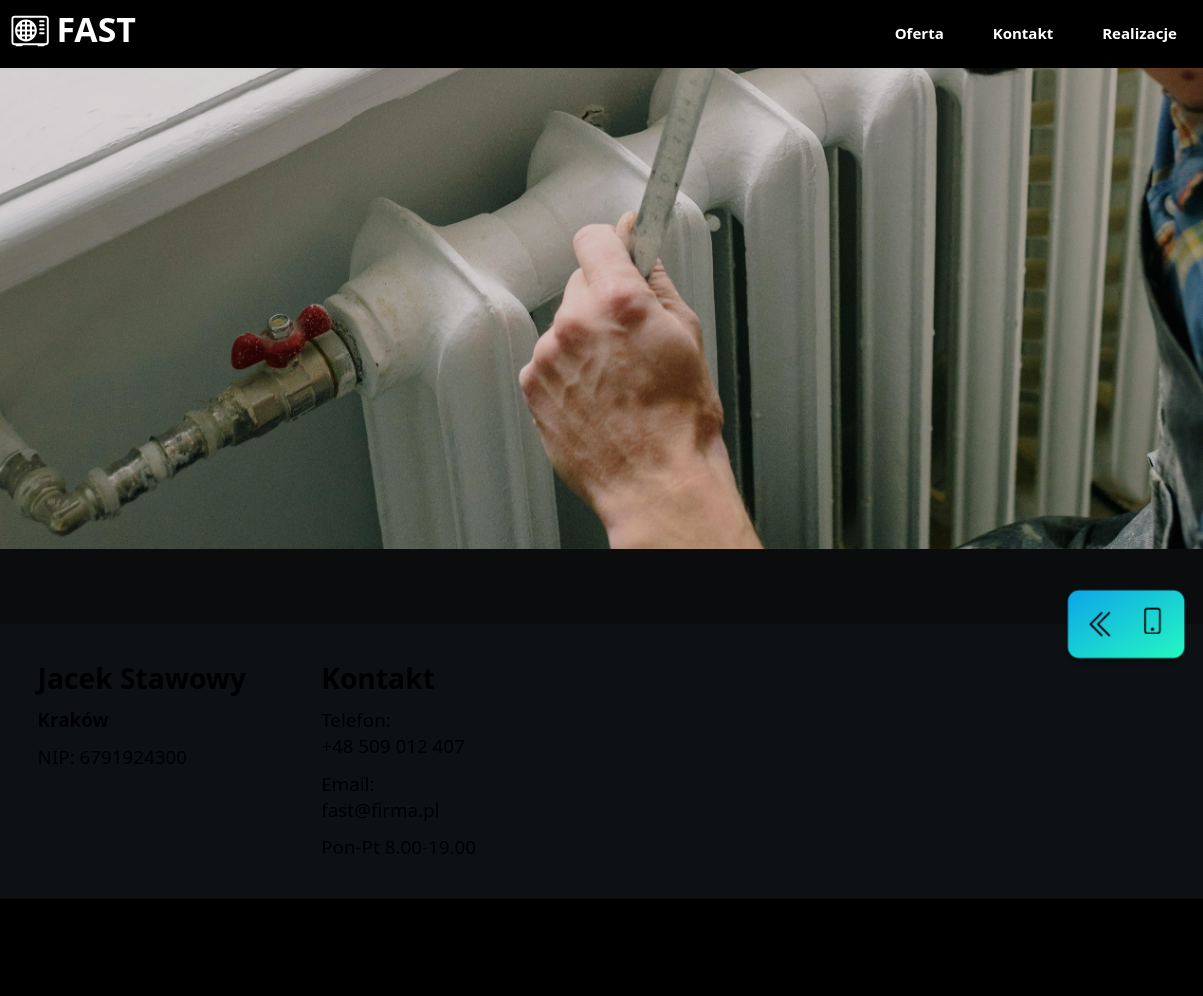
Repository: piotrokrutniak/Fast-CompanyWebsite
Page: /carousel
An editor plug-in stored every save of this project. The page is shown before and after the next save, followed by the edit.
The browser window is 1280 px wide. The pictures show the whole page, at 94% of full size.
The project was rebuilt for these pictures with package versions that can differ from the ones it lists, and the page was loaded fresh each time. The framework's server and built-in components were replaced by stand-ins that run in the browser. Also part of the build but not shown: next.config.js.

Above is the page before, as saved 2023-10-21 10:38:52.

### src/app/layout.js
import FootBar from './components/footbar/footbar'
import Navbar from './components/navbar/navbar'
import QuickContact from './components/quickContact'
import './globals.css'
import { Inter } from 'next/font/google'

const inter = Inter({ subsets: ['latin'] })

export const metadata = {
  title: 'Fast - Klimatyzacje Kraków',
  description: 'F.U.H. Fast Jacek Stawowy - Klimatyzacje',
}

export default function RootLayout({ children }) {
  return (
    <html lang="en" className=''>
      <body className='bg-black min-w-mobile overflow-x-hidden'>
        <div className='bg-slate-500/10 min-h-screen relative'>
          <Navbar/>
          {children}
          <QuickContact/>
          <FootBar/>
        </div>
      </body>
    </html>
  )
}

### src/app/(pages)/carousel/page.js
import Image from "next/image"
import p1 from "../../../../public/img/air-conditioning-2.jpg"
import p2 from "../../../../public/img/heat-pump-2.jpg"
import p3 from "../../../../public/img/heating-2.jpg"
// import ac1 from "./media/img/air-conditioning-2.jpg"
// import ac2 from "./media/img/heat-pump-2.jpg"
// import ac3 from "./media/img/heating-2.jpg"

export default function CarouselPage(){
    return(
        <div className="w-full max-w-7xl relative mx-auto overflow-x-auto">

        <div className="relative w-fit h-128 flex overflow-visible -translate-x-[0%]">
            <div className="w-screen h-full absolute">
                <Image src={p1} layout='fill' objectFit='cover' className="h-full"/>
            </div>
            <div className="w-max h-full absolute">
                <Image src={p2} layout='fill' objectFit='cover'/>
            </div>
            <div className="w-screen h-full absolute">
                <Image src={p3} layout='fill' objectFit='cover'/>
            </div>
        </div>
        </div>
    )
}

### src/app/components/footbar/footbar.js
import Link from "next/link";

export default function FootBar(){
    return(
        <footer className="bg-slate-500/5 mt-20">
            <div className="max-w-7xl w-full p-10 flex gap-8 sm:gap-20 m-auto">
                <div className="flex flex-col gap-3">
                    <h1 className="font-bold text-3xl">Jacek Stawowy</h1>
                    <h2 className="font-semibold text-xl">Kraków</h2>
                    <h2 className="font-thin text-xl">NIP: 6791924300</h2>
                </div>

                <div className="flex flex-col gap-3">
                    <h1 className="font-bold text-3xl">Kontakt</h1>
                    <h2 className="font-thin text-xl">Telefon:
                    <Link href={"tel:+48 509 012 407"} className="cursor-pointer hover:text-emerald-200">
                        <p className="whitespace-nowrap">
                            +48 509 012 407
                        </p>
                    </Link>
                    </h2>
                    <h2 className="font-thin text-xl">Email:
                    <Link href={"email:fast@firma.pl"} className="cursor-pointer hover:text-emerald-200">
                        <p className="whitespace-nowrap">
                            fast@firma.pl
                        </p>
                    </Link>
                    </h2>
                    <h2 className="font-thin text-xl">Pon-Pt 8.00-19.00</h2>
                </div>
            </div>
            <div className="bg-black flex p-10 ">
                <div className="xs:m-auto w-fit">
                    © Piotr Okrutniak 2022
                </div>
            </div>
        </footer>
    )
}

### src/app/components/navbar/navbar.js
"use client";
import { useState } from "react";
import ButtonBase from "../common/buttonBase";
import AcLogo from "../icons/ac";
import {BsList, BsXLg} from "react-icons/bs";
import Link from "next/link";

export default function Navbar(){
    const [mobileOpen, setMobileOpen] = useState(false)

    return(
        <nav className="sticky bg-black top-0 w-full py-3 px-5 sm:px-3  z-50">
            <div className="flex justify-between mx-auto max-w-7xl h-auto align-middle">
                <Link href="/">
                    <div className="text-white text-4xl font-bold hover:cursor-pointer flex gap-2 align-middle
                        hover:text-emerald-200 hover:fill-emerald-200 fill-white active:opacity-90 transition-all">
                        <AcLogo className="h-10 w-10 top-px relative"/>
                        FAST
                    </div>
                </Link>
                <div className="align-middle gap-5 text-black transition-all ease-in hidden sm:flex">
                    <Link href="/oferta">
                        <ButtonBase text="Oferta" color="bg-transparent" className="hover:bg-slate-400/25 text-white"  onClick={() => setMobileOpen(false)}/>
                    </Link>
                    <Link href="/kontakt">
                        <ButtonBase text="Kontakt" color="bg-transparent" className="hover:bg-slate-400/25 text-white"  onClick={() => setMobileOpen(false)}/>
                    </Link>
                    <Link href="/realizacje">
                        <ButtonBase text="Realizacje" color="bg-transparent" className="hover:bg-slate-400/25 text-white"  onClick={() => setMobileOpen(false)}/>
                    </Link>
                </div>
                <div className=" sm:hidden flex">
                    <BsList className="h-12 w-12 cursor-pointer hover:fill-emerald-200 active:opacity-90" onClick={() => setMobileOpen(true)}/>
                </div>
            </div>

            <div className={`${mobileOpen ? "" : "translate-x-full"} absolute w-screen h-screen bg-black left-0 top-0 sm:hidden transition-all`}>
                <div id="mobile-header" className="flex p-3 cursor-pointer" onClick={() => setMobileOpen(false)}>
                    <BsXLg className="w-14 h-14 p-2 hover:fill-emerald-200 active:opacity-70 absolute right-4"/>
                </div>
                <div id="mobile-list" className="flex flex-col w-full gap-8 justify-center text-xl px-5 py-32">
                    <Link href="/kontakt" onClick={() => setMobileOpen(false)}>
                        <ButtonBase text="Kontakt" className="w-full py-6 px-10 bg-gradient-to-br hover:from-sky-500 hover:to-emerald-200 self-center" color="bg-slate-500/25"/>
                    </Link>
                    <Link href="/oferta" onClick={() => setMobileOpen(false)}>
                        <ButtonBase text="Oferta" className="w-full py-6 px-10 bg-gradient-to-br hover:from-sky-500 hover:to-emerald-200 self-center" color="bg-slate-500/25"/>
                    </Link>
                    <Link href="/realizacje" onClick={() => setMobileOpen(false)}>
                        <ButtonBase text="Realizacje" className="w-full py-6 px-10 bg-gradient-to-br hover:from-sky-500 hover:to-emerald-200 self-center" color="bg-slate-500/25"/>
                    </Link>
                    <Link href="/" onClick={() => setMobileOpen(false)}>
                        <ButtonBase text="Strona Główna" className="w-full py-6 px-10 bg-gradient-to-br hover:from-sky-500 hover:to-emerald-200 self-center" color="bg-slate-500/25"/>
                    </Link>
                </div>
                <div className="p-10 justify-self-center w-full text-center bottom-0 absolute">
                    © Piotr Okrutniak 2022
                </div>
            </div>
        </nav>
    )
}

### src/app/components/quickContact.js
"use client";

import Link from "next/link";
import { useState } from "react"
import {BsChevronDoubleRight, BsPhone} from "react-icons/bs"

export default function QuickContact(){
    const [folded, setFolded] = useState(true)

    function Transition(){
        setFolded((old) => !old)
    }

    return(
        <div className="bg-gradient-to-br from-sky-500 to-emerald-200 rounded-xl w-fit sm:p-5 p-3 text-base
            font-normal shadow-md shadow-black/50 fixed right-5 bottom-5 flex items-center gap-4 transition-all ease-in-out whitespace-nowrap">
            <BsChevronDoubleRight className={`${folded ? "rotate-180" : "rotate-0"} transition-all ease-in h-8 w-8 cursor-pointer active:opacity-60 select-none`}
                onClick={() => Transition()}/>
            <div className="flex gap-2">
                <p className={`${folded ? "w-0" : "w-72 max-sm:w-44"} overflow-hidden transition-all ease-in flex max-sm:flex-col`}><p>Skontaktuj się z nami:</p> <Link href={"tel:+48 509 012 407"} className="cursor-pointer">+48 509 012 407</Link></p>
                <BsPhone className="h-7 w-7 animate-bounce self-center"/>
            </div>
        </div>
    )
}

### src/app/globals.css
@import 'tailwindcss/base';
@import 'tailwindcss/components';
@import 'tailwindcss/utilities';

:root {

}

@media (prefers-color-scheme: dark) {
  :root {
    --foreground-rgb: 255, 255, 255;
    scroll-behavior: smooth;
  }
}

body {
  color: rgb(var(--foreground-rgb));
  background: linear-gradient(
      to bottom,
      transparent,
      rgb(var(--background-end-rgb))
    )
    rgb(var(--background-start-rgb));
}

@layer base {
  html {
    scroll-behavior: smooth;
  }
}

### src/app/components/common/buttonBase.js
export default function ButtonBase({...props}){
    return(
        <button className={`${props.className} ${props.color ?? "bg-sky-500"} py-3 px-4 rounded-lg font-semibold active:opacity-80 flex items-center gap-2 whitespace-nowrap transition-all`}
            onClick={props.onClick}>
            {props.text} {props.icon ?? ""}
        </button>
    )
}

### src/app/components/icons/ac.js
export default function AcLogo({...props}){
    return(
        <svg
            xmlns="http://www.w3.org/2000/svg"
            xmlSpace="preserve"
            width={800}
            height={800}
            viewBox="0 0 507.802 507.802"
            {...props}
        >
            <path d="M465.7 47.901H42.3c-23.3 0-42.3 18.9-42.3 42.3v313.3c0 23.3 19 42.3 42.3 42.3h16.1c0 7.8 6.3 14.1 14.1 14.1H139c7.8 0 14.1-6.3 14.1-14.1h201.6c0 7.8 6.3 14.1 14.1 14.1h66.5c7.8 0 14.1-6.3 14.1-14.1h16.1c23.3 0 42.3-19 42.3-42.3v-313.3c.2-23.4-18.8-42.3-42.1-42.3zm0 369.7H42.3c-7.8 0-14.1-6.3-14.1-14.1v-313.3c0-7.8 6.3-14.1 14.1-14.1h423.3c7.8 0 14.1 6.3 14.1 14.1v313.3h.1c0 7.8-6.3 14.1-14.1 14.1z" />
            <path d="M435.6 107.801H391c-7.8 0-14.1 6.3-14.1 14.1s6.3 14.1 14.1 14.1h44.6c7.8 0 14.1-6.3 14.1-14.1s-6.3-14.1-14.1-14.1zM435.6 161.601H391c-7.8 0-14.1 6.3-14.1 14.1s6.3 14.1 14.1 14.1h44.6c7.8 0 14.1-6.3 14.1-14.1s-6.3-14.1-14.1-14.1zM435.6 215.301H391c-7.8 0-14.1 6.3-14.1 14.1s6.3 14.1 14.1 14.1h44.6c7.8 0 14.1-6.3 14.1-14.1s-6.3-14.1-14.1-14.1zM435.6 269.101H391c-7.8 0-14.1 6.3-14.1 14.1s6.3 14.1 14.1 14.1h44.6c7.8 0 14.1-6.3 14.1-14.1s-6.3-14.1-14.1-14.1zM198.3 99.701c-81.1 0-147.1 66-147.1 147.1s66 147.1 147.1 147.1 147.1-66 147.1-147.1-66-147.1-147.1-147.1zm-80.9 233.9c-2-1.9-3.9-3.8-5.8-5.8h5.8v5.8zm0-34H92c-5.9-11.9-10-24.9-11.6-38.6h37v38.6zm0-66.9h-37c1.6-13.7 5.6-26.7 11.6-38.6h25.4v38.6zm0-66.8h-5.8c1.9-2 3.8-3.9 5.8-5.8v5.8zm66.8 198.9c-13.7-1.6-26.7-5.7-38.6-11.6v-25.4h38.6v37zm0-65.2h-38.6v-38.6h38.6v38.6zm0-66.9h-38.6v-38.6h38.6v38.6zm0-66.8h-38.6v-25.4c11.9-5.9 24.9-10 38.6-11.6v37zm95.1-5.8c2 1.9 3.9 3.8 5.8 5.8h-5.8v-5.8zm0 34h25.4c5.9 11.9 10 24.9 11.6 38.6h-37v-38.6zm-28.2 159.1c-11.9 5.9-24.9 10-38.6 11.6v-37h38.6v25.4zm0-53.6h-38.6v-38.6h38.6v38.6zm0-66.9h-38.6v-38.6h38.6v38.6zm0-66.8h-38.6v-37c13.7 1.6 26.7 5.7 38.6 11.6v25.4zm28.2 167.7v-5.8h5.8c-1.9 2-3.8 4-5.8 5.8zm0-34v-38.6h37c-1.6 13.7-5.7 26.7-11.6 38.6h-25.4z" />
        </svg>
    )
}

### tailwind.config.js
/** @type {import('tailwindcss').Config} */
module.exports = {
  content: [
    './src/pages/**/*.{js,ts,jsx,tsx,mdx}',
    './src/components/**/*.{js,ts,jsx,tsx,mdx}',
    './src/app/**/*.{js,ts,jsx,tsx,mdx}',
  ],
  theme: {
    extend: {
      backgroundImage: {
        'gradient-radial': 'radial-gradient(var(--tw-gradient-stops))',
        'gradient-conic':
          'conic-gradient(from 180deg at 50% 50%, var(--tw-gradient-stops))',
      },
      height:{
        '112': '28rem',
        '128': '32rem',
      },
      width:{
        '112': '28rem',
        '128': '32rem',
      },
      colors:{
        "emerald":{
          "50": "#b0fde8",
          "100": "#60FBD2",
          "200": "#24F9C1",
          "400": "#06EFB1",
          "500": "#06d6a0",
        }
      },
      minWidth:{
        'mobile': '360px',
        '54': '258px',
      },
      screens:{
        'xs': '580px',
        '850': '850px',
      },
    },
  },
  plugins: [],
}

After the next save:
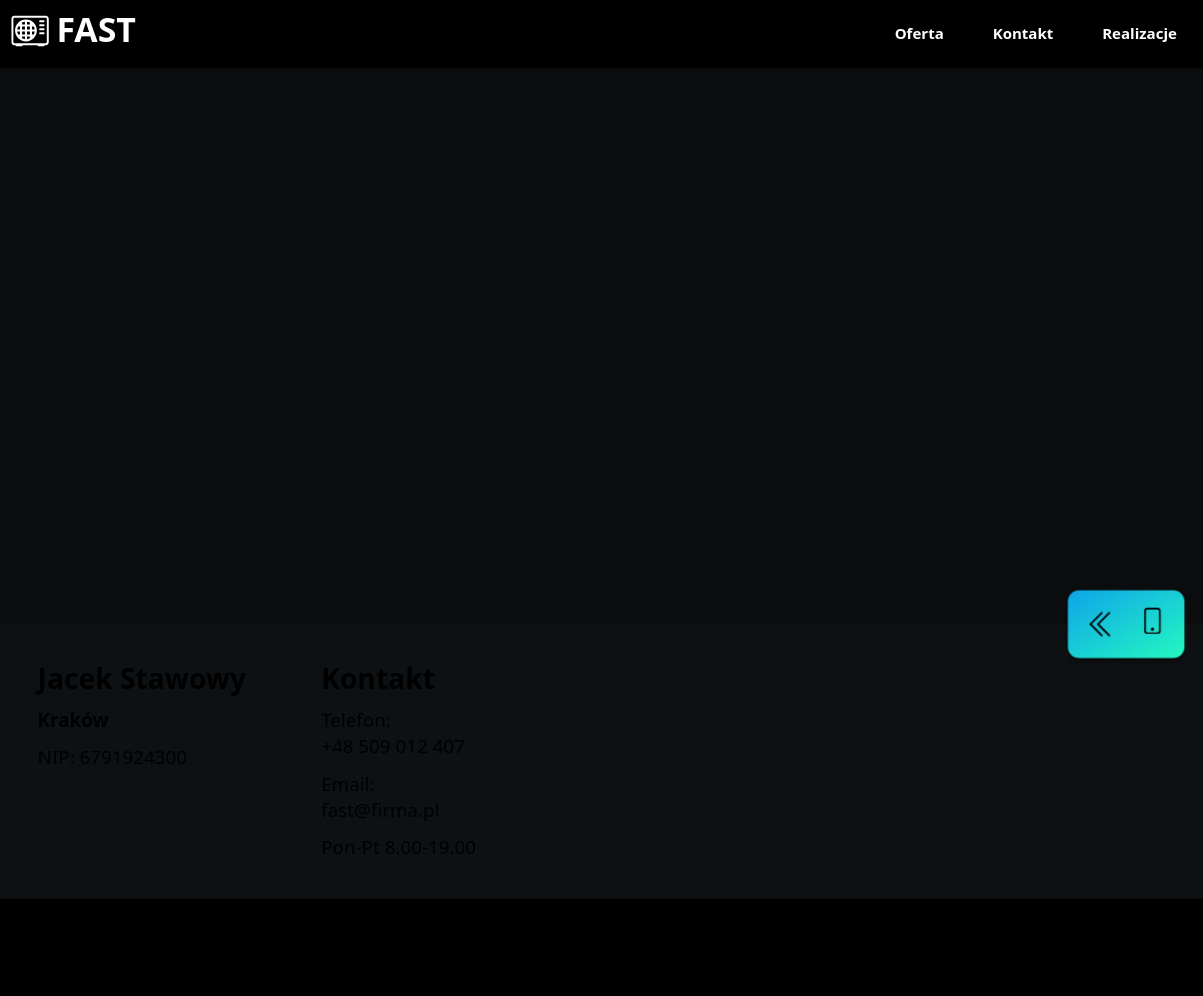
Saved 22 s later.
--- a/src/app/(pages)/carousel/page.js
+++ b/src/app/(pages)/carousel/page.js
@@ -11,13 +11,13 @@
         <div className="w-full max-w-7xl relative mx-auto overflow-x-auto">
 
         <div className="relative w-fit h-128 flex overflow-visible -translate-x-[0%]">
-            <div className="w-screen h-full absolute">
+            <div className="w-max h-full absolute">
                 <Image src={p1} layout='fill' objectFit='cover' className="h-full"/>
             </div>
             <div className="w-max h-full absolute">
                 <Image src={p2} layout='fill' objectFit='cover'/>
             </div>
-            <div className="w-screen h-full absolute">
+            <div className="w-max h-full absolute">
                 <Image src={p3} layout='fill' objectFit='cover'/>
             </div>
         </div>

After the save that followed:
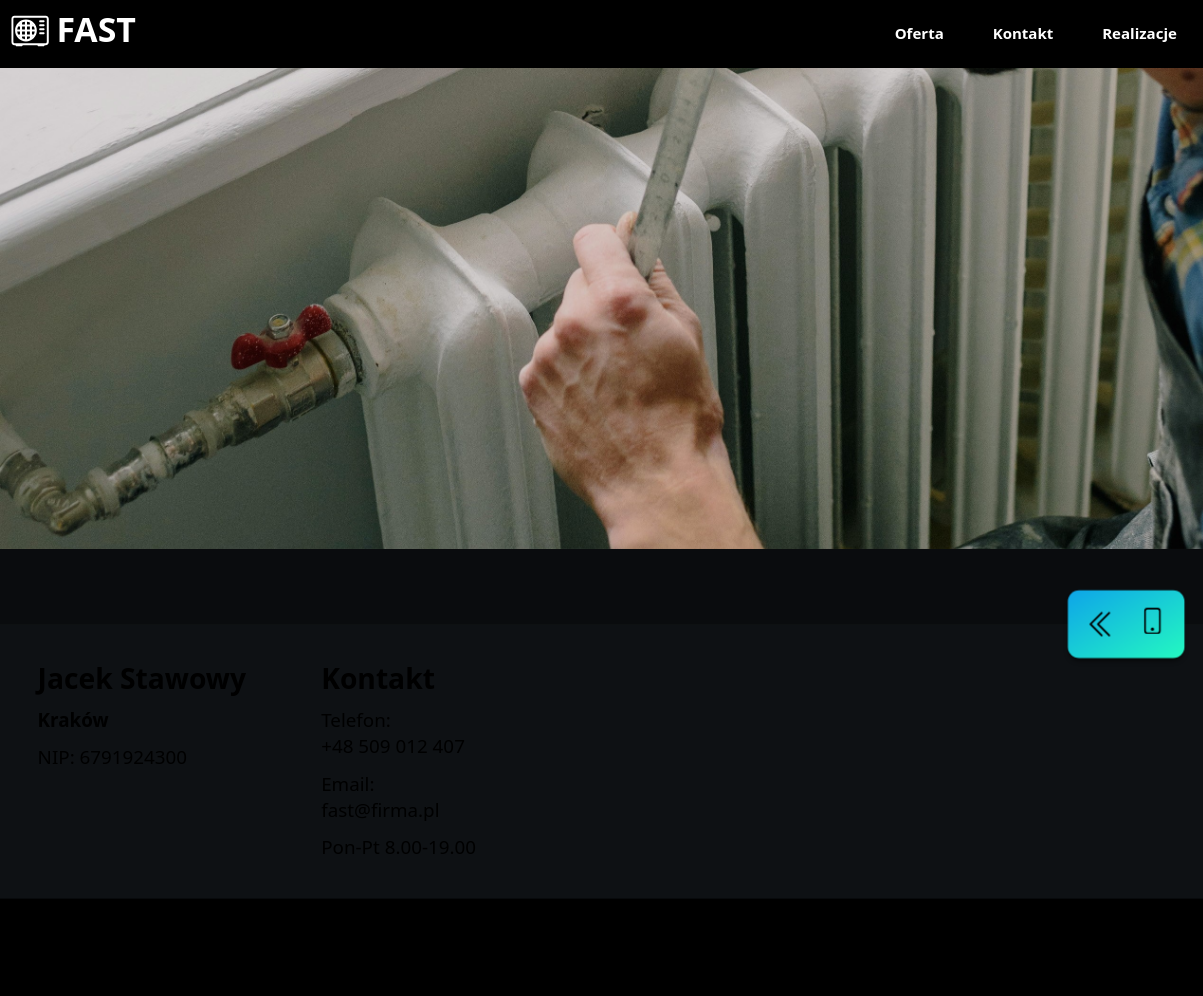
Saved 33 s later.
--- a/src/app/(pages)/carousel/page.js
+++ b/src/app/(pages)/carousel/page.js
@@ -10,14 +10,14 @@
     return(
         <div className="w-full max-w-7xl relative mx-auto overflow-x-auto">
 
-        <div className="relative w-fit h-128 flex overflow-visible -translate-x-[0%]">
-            <div className="w-max h-full absolute">
+        <div className="relative w-full max-w-7xl h-128 flex overflow-visible -translate-x-[0%]">
+            <div className="w-full h-full absolute">
                 <Image src={p1} layout='fill' objectFit='cover' className="h-full"/>
             </div>
-            <div className="w-max h-full absolute">
+            <div className="w-full h-full absolute">
                 <Image src={p2} layout='fill' objectFit='cover'/>
             </div>
-            <div className="w-max h-full absolute">
+            <div className="w-full h-full absolute">
                 <Image src={p3} layout='fill' objectFit='cover'/>
             </div>
         </div>
